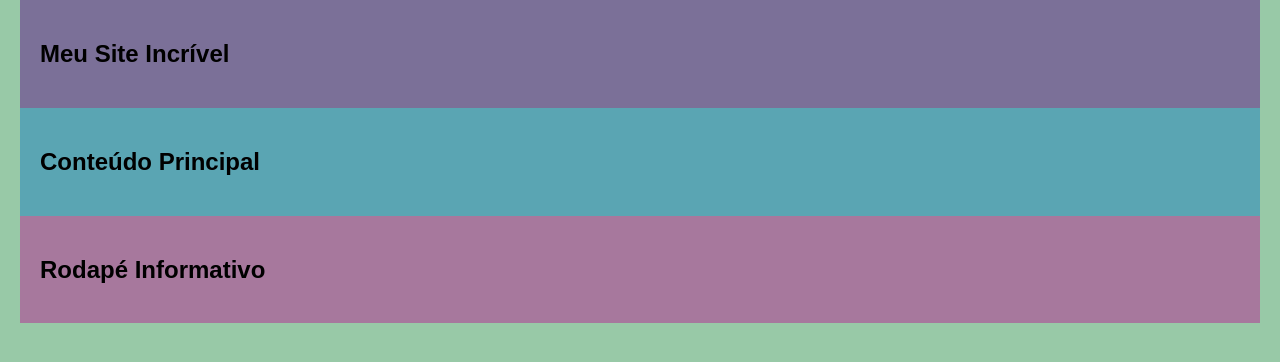
Repository: douglasabnovato/model-lp
Page: index.html
These files come from the project's save history. The page is drawn as it stood at one moment and after the next save; the edit follows.
The browser window is 1280 px wide. The pictures show the whole page.

Above is the page before, as saved 2025-02-24 16:47:09.

After the next save:
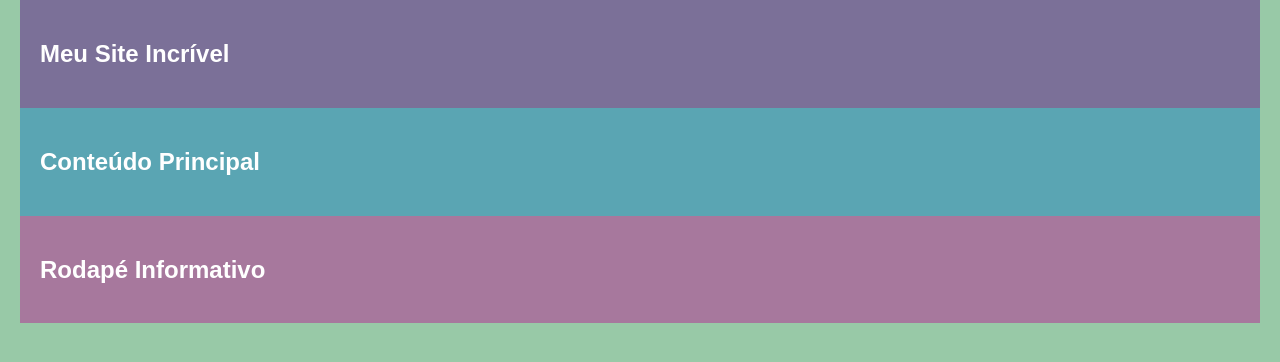
Saved 28 s later.
--- a/style.css
+++ b/style.css
@@ -3,6 +3,10 @@ body {
   font-family: Arial, sans-serif;
   margin: 0;
   background-color: #65691c77;
+}
+
+h2 {
+    color: white;
 }
 
 header,
